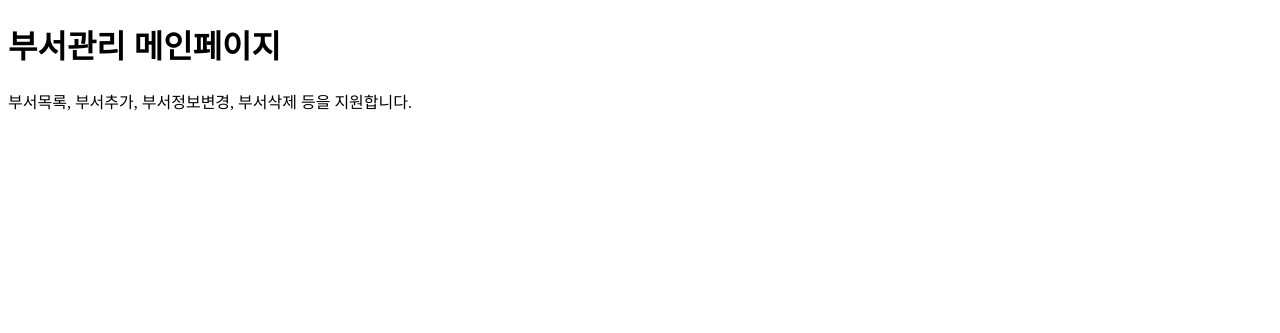
Repository: onuo77/ja_HTA
Page: http://localhost/sample/hr/dept/main.jsp
An editor plug-in stored every save of this project. The page is shown before and after the next save, followed by the edit.
The browser window is 1280 px wide. The pictures show the whole page.
The page is served by Tomcat 9.

Above is the page before, as saved 2021-05-20 07:35:18.

After the next save:
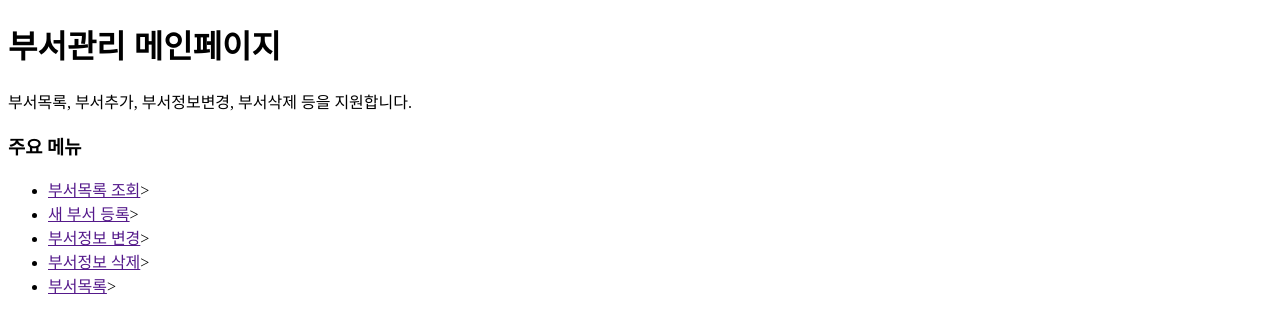
Saved 85 s later.
--- a/java-web/sample/src/main/webapp/hr/dept/main.jsp
+++ b/java-web/sample/src/main/webapp/hr/dept/main.jsp
@@ -9,5 +9,14 @@
 <body>
 	<h1>부서관리 메인페이지</h1>
 	<p>부서목록, 부서추가, 부서정보변경, 부서삭제 등을 지원합니다.</p>
+
+	<h3>주요 메뉴</h3>
+	<ul>
+		<li><a href="">부서목록 조회</a>></li>
+		<li><a href="">새 부서 등록</a>></li>
+		<li><a href="">부서정보 변경</a>></li>
+		<li><a href="">부서정보 삭제</a>></li>
+		<li><a href="">부서목록</a>></li>
+	</ul>
 </body>
 </html>
